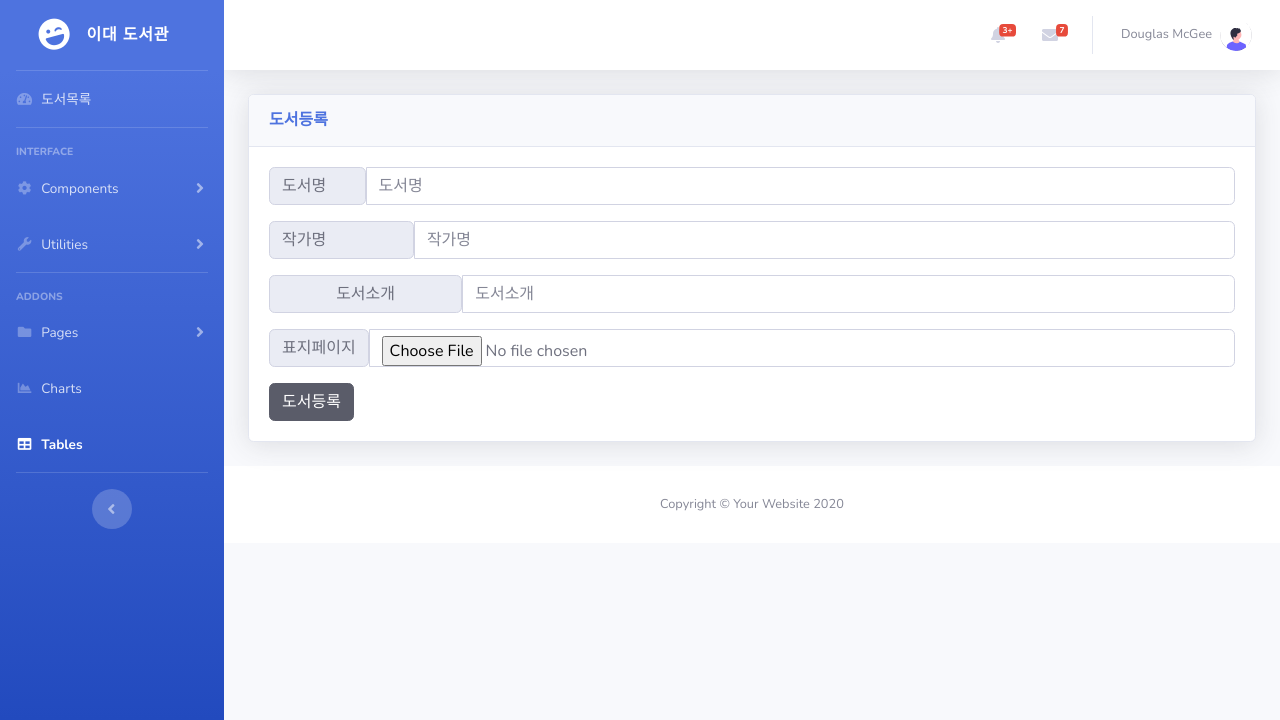
Repository: allely/spring
Page: http://localhost/jsp/book/reg.jsp
These files come from the project's save history. The page is drawn as it stood at one moment and after the next save; the edit follows.
The browser window is 1280 px wide. The pictures show the whole page.
The page is served by Tomcat 9.

Above is the page before, as saved 2023-11-27 02:19:46.

After the next save:
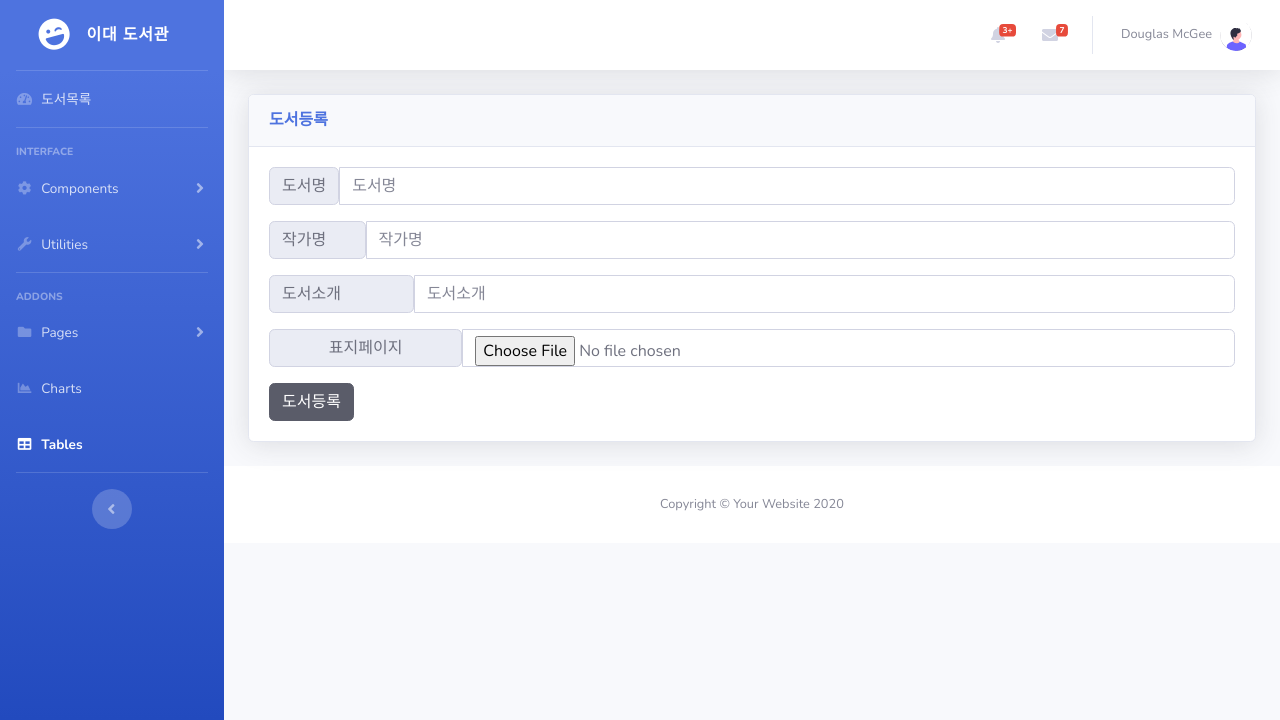
Saved 15 s later.
--- a/2. 서블릿 & JSP/jsp/jsp/src/main/webapp/book/reg.jsp
+++ b/2. 서블릿 & JSP/jsp/jsp/src/main/webapp/book/reg.jsp
@@ -37,22 +37,22 @@
 				<!-- 폼등록 -->
 				<form action="/book/bookRegProcess" name="regForm" method="post">
 					<div class="input-group mb-3">
-						<span class="w-10 input-group-text" id="basic-addon1">도서명</span>
+						<span class="w-5 input-group-text" id="basic-addon1">도서명</span>
 						<input type="text" class="form-control" placeholder="도서명" name="title" aria-label="Username" aria-describedby="basic-addon1">
 					</div>
 
 					<div class="input-group mb-3">
-						<span class="w-15 input-group-text" id="basic-addon1">작가명</span>
+						<span class="w-10 input-group-text" id="basic-addon1">작가명</span>
 						<input type="text" class="form-control" placeholder="작가명" name="author" aria-label="Username" aria-describedby="basic-addon1">
 					</div>
 
 					<div class="input-group mb-3">
-						<span class="w-20 input-group-text" id="basic-addon1">도서소개</span>
+						<span class="w-15 input-group-text" id="basic-addon1">도서소개</span>
 						<input type="text" class="form-control" placeholder="도서소개" name="content" aria-label="Username" aria-describedby="basic-addon1">
 					</div>
 
 					<div class="input-group mb-3">
-						<span class="w-5 input-group-text" id="basic-addon1">표지페이지</span>
+						<span class="w-20 input-group-text" id="basic-addon1">표지페이지</span>
 						 <input type="file" class="form-control" id="inputGroupFile01" name="imgFile">
 					</div>
 
